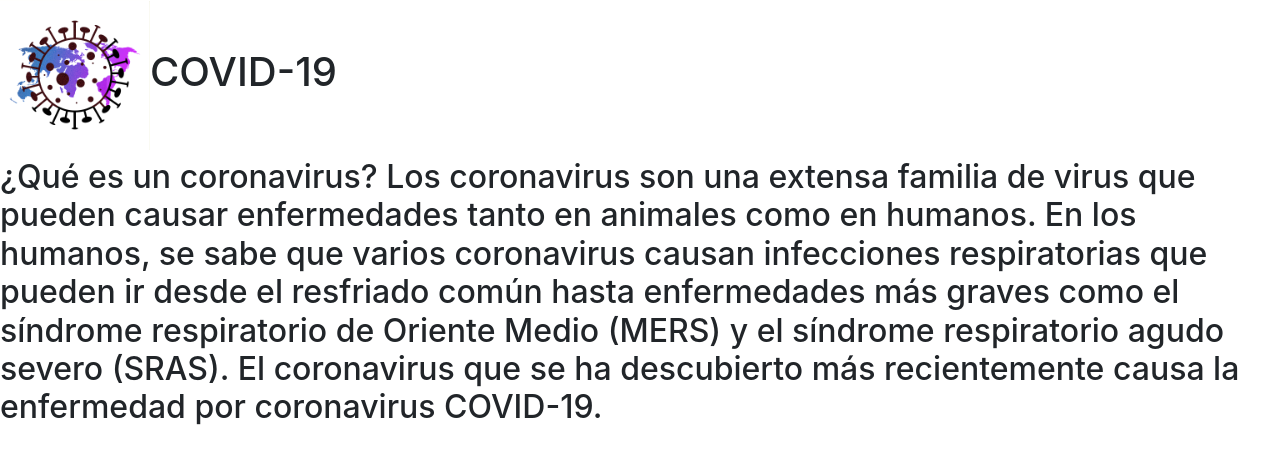
Repository: AndreyRi13/1erparcial1151804
Page: Home.html
The author's editor kept a copy of each file at every save. The page is drawn from the files as they stood at one save, then again after a run of saves.
The browser window is 1280 px wide. The pictures show the whole page.

Above is the page before, as saved 2020-10-06 07:12:59.
Console error (its wording comes from the project's code and is left out).

### Home.html
<!DOCTYPE html>
<html lang="en">
<head>
    <meta charset="UTF-8">
    <meta name="viewport" content="width=device-width, initial-scale=1.0">
    <link rel="stylesheet" href="https://stackpath.bootstrapcdn.com/bootstrap/4.5.2/css/bootstrap.min.css" integrity="sha384-JcKb8q3iqJ61gNV9KGb8thSsNjpSL0n8PARn9HuZOnIxN0hoP+VmmDGMN5t9UJ0Z" crossorigin="anonymous">
    <script src="https://stackpath.bootstrapcdn.com/bootstrap/4.5.2/js/bootstrap.min.js" integrity="sha384-B4gt1jrGC7Jh4AgTPSdUtOBvfO8shuf57BaghqFfPlYxofvL8/KUEfYiJOMMV+rV" crossorigin="anonymous"></script>
    <title>COVID-19</title>
</head>
<body>

        <header>
        <H1><img src="/img/hiclipart.com.png" alt="logo" width="150" height="150">COVID-19</H1>
        </header>



        <h2>¿Qué es un coronavirus?
            Los coronavirus son una extensa familia de virus que pueden
            causar enfermedades tanto en animales como en humanos. En
            los humanos, se sabe que varios coronavirus causan infecciones
            respiratorias que pueden ir desde el resfriado común hasta
            enfermedades más graves como el síndrome respiratorio de
            Oriente Medio (MERS) y el síndrome respiratorio agudo severo
            (SRAS). El coronavirus que se ha descubierto más
            recientemente causa la enfermedad por coronavirus COVID-19.</h2>











        <script src="https://code.jquery.com/jquery-3.5.1.slim.min.js" integrity="sha384-DfXdz2htPH0lsSSs5nCTpuj/zy4C+OGpamoFVy38MVBnE+IbbVYUew+OrCXaRkfj" crossorigin="anonymous"></script>
        <script src="https://cdn.jsdelivr.net/npm/popper.js@1.16.1/dist/umd/popper.min.js" integrity="sha384-9/reFTGAW83EW2RDu2S0VKaIzap3H66lZH81PoYlFhbGU+6BZp6G7niu735Sk7lN" crossorigin="anonymous"></script>
</body>
</html>

After the next 4 saves:
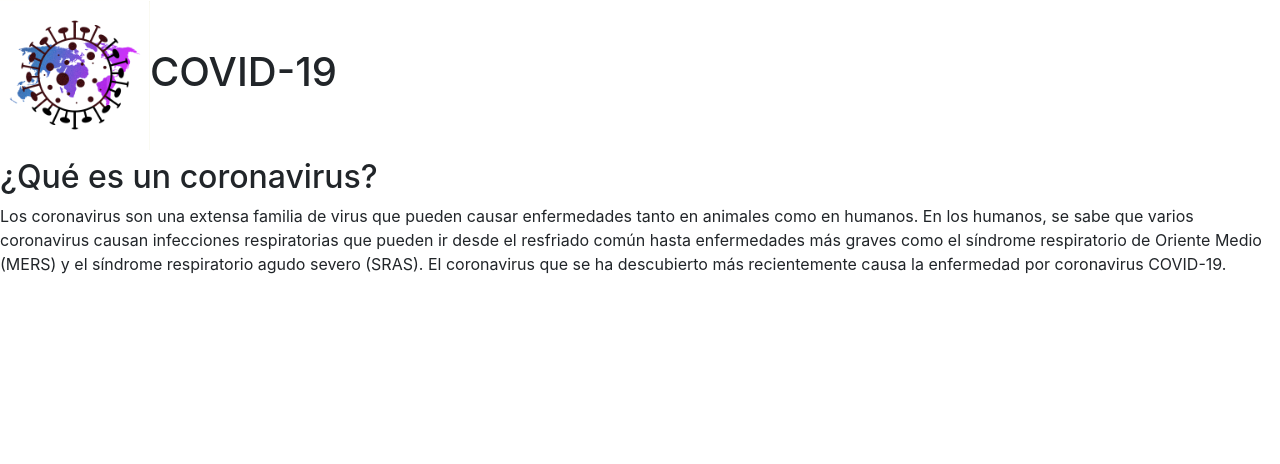
The 4 saves are shown as one change because they came seconds apart.
The last was saved 12 s later.
--- a/Home.html
+++ b/Home.html
@@ -15,15 +15,15 @@
 
 
 
-        <h2>¿Qué es un coronavirus?
-            Los coronavirus son una extensa familia de virus que pueden
-            causar enfermedades tanto en animales como en humanos. En
-            los humanos, se sabe que varios coronavirus causan infecciones
-            respiratorias que pueden ir desde el resfriado común hasta
-            enfermedades más graves como el síndrome respiratorio de
-            Oriente Medio (MERS) y el síndrome respiratorio agudo severo
-            (SRAS). El coronavirus que se ha descubierto más
-            recientemente causa la enfermedad por coronavirus COVID-19.</h2>
+        <h2>¿Qué es un coronavirus?</h2>
+            <p>Los coronavirus son una extensa familia de virus que pueden
+                causar enfermedades tanto en animales como en humanos. En
+                los humanos, se sabe que varios coronavirus causan infecciones
+                respiratorias que pueden ir desde el resfriado común hasta
+                enfermedades más graves como el síndrome respiratorio de
+                Oriente Medio (MERS) y el síndrome respiratorio agudo severo
+                (SRAS). El coronavirus que se ha descubierto más
+                recientemente causa la enfermedad por coronavirus COVID-19.</p>
 
 
 
